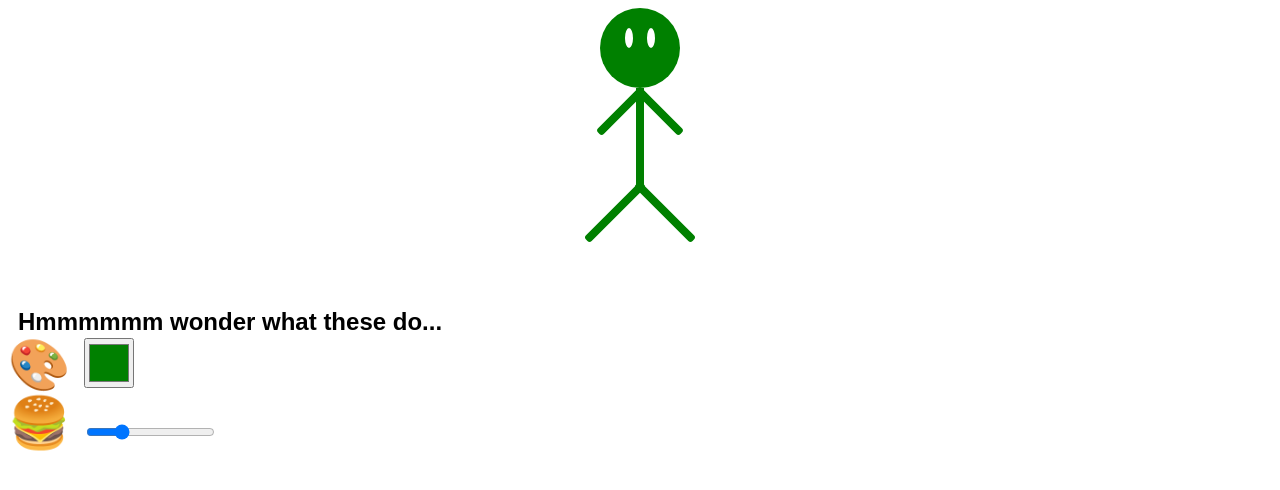
Repository: popcorn245/stick-universe
Page: index.html
These files come from the project's save history. The page is drawn as it stood at one moment and after the next save; the edit follows.
The browser window is 1280 px wide. The pictures show the whole page.

Above is the page before, as saved 2021-11-26 23:22:17.

### index.html
<!DOCTYPE html>
<html lang="en">
  <head>
    <meta charset="UTF-8" />
    <meta http-equiv="X-UA-Compatible" content="IE=edge" />
    <meta name="viewport" content="width=device-width, initial-scale=1.0" />
    <title>Document</title>
    <style>
      * {
        font-family: arial;
      }

      :root {
        --stick-color: #008000;
        --stick-width: 8px;
      }

      h2 {
        margin: 0;
        text-indent: 10px;
      }

      input[type="color"] {
        height: 50px;
      }

      label {
        display: block;
        font-size: 50px;
      }

      #stickman {
        height: 300px;
        width: 300px;
        margin: 0 auto;
        position: relative;
      }

      #stickman:hover {
        cursor: pointer;
      }

      #stickman .head {
        height: 80px;
        width: 80px;
        margin: 0 auto;
        background: var(--stick-color);
        border-radius: 100%;
        position: relative;
      }

      #stickman .head:before,
      #stickman .head:after {
        content: "";
        position: absolute;
        top: 20px;
        height: 20px;
        width: 8px;
        background: white;
        border-radius: 100%;
        animation: blink 8s infinite;
      }

      #stickman .head:before {
        left: 25px;
      }

      #stickman .head:after {
        right: 25px;
      }

      #stickman .torso {
        margin: 0 auto;
        height: 100px;
        width: var(--stick-width);
        background: var(--stick-color);
      }

      #stickman .arm,
      #stickman .leg {
        position: absolute;
        width: 60px;
        height: var(--stick-width);
        background: var(--stick-color);
        border-radius: 3px;
      }

      #stickman .arm {
        top: 100px;
      }

      #stickman .arm.left {
        transform: rotate(-45deg);
        left: 100px;
      }

      #stickman .arm.right {
        transform: rotate(45deg);
        left: 140px;
      }

      #stickman .leg {
        top: 200px;
        width: 80px;
      }

      #stickman .leg.left {
        transform: rotate(-45deg);
        left: 85px;
      }

      #stickman .leg.right {
        transform: rotate(45deg);
        left: 135px;
      }

      @keyframes blink {
        0% {
          height: 20px;
        }
        5% {
          margin-top: 5px;
          height: 0px;
        }
        10% {
          margin-top: 0;
          height: 20px;
        }
      }

      .jump-animation {
        animation: jump 3s ease;
      }

      @keyframes jump {
        0% {
          margin-top: 0px;
        }
        50% {
          margin-top: -100px;
        }
        100% {
          margin-top: 0px;
        }
      }
    </style>
    <script>
      document.addEventListener("input", (event) => {
        console.log(event);
        if (event.target.id === "color" && event.target.value) {
          document.body.style.setProperty("--stick-color", event.target.value);
        } else if (event.target.id === "weight" && event.target.value) {
          document.body.style.setProperty(
            "--stick-width",
            `${event.target.value}px`
          );
        }
      });

      document.addEventListener("keydown", (event) => {
        if (event.code === "Space") {
          const stickman = document.querySelector("#stickman");
          console.dir(stickman);
          if (stickman.classList.contains("jump-animation")) {
            stickman.classList.remove("jump-animation");
          }
          setTimeout(() => {
            stickman.classList.add("jump-animation");
          }, 200);
        }
      });
    </script>
  </head>
  <body>
    <div id="stickman">
      <div class="head"></div>
      <div class="torso"></div>
      <div class="arm left"></div>
      <div class="arm right"></div>
      <div class="leg left"></div>
      <div class="leg right"></div>
    </div>

    <form>
      <h2>Hmmmmmm wonder what these do...</h2>
      <label for="color">
        🎨
        <input id="color" type="color" value="#008000" />
      </label>
      <label for="weight">
        🍔
        <input id="weight" type="range" value="8" min="1" max="30" />
      </label>
    </form>
  </body>
</html>

After the next save:
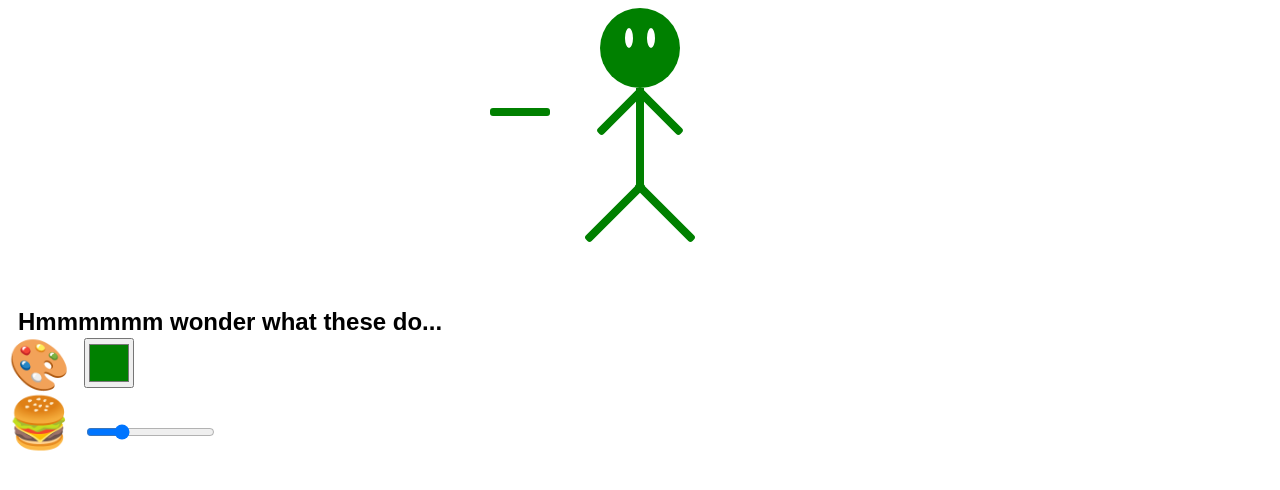
Saved 8 min 5 s later.
--- a/index.html
+++ b/index.html
@@ -179,6 +179,7 @@
       <div class="arm right"></div>
       <div class="leg left"></div>
       <div class="leg right"></div>
+      <div class="butt"><div class="arm"></div></div>
     </div>
 
     <form>
